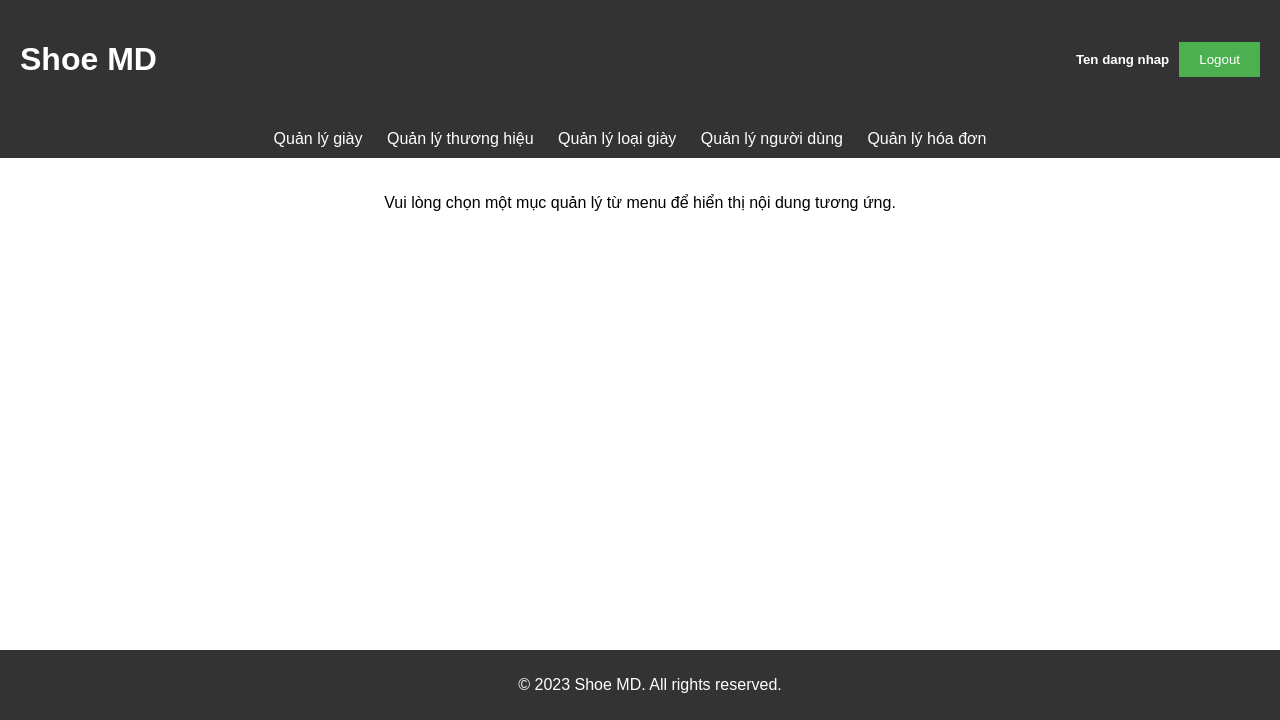
Repository: longsoisuaxe1a/shoe-md
Page: http://localhost/Project_Shoe/WEB-INF/view/admin-home-manager.jsp
An editor plug-in stored every save of this project. The page is shown before and after the next save, followed by the edit.
The browser window is 1280 px wide. The pictures show the whole page.
The page is served by Tomcat 9. Nobody is signed in. The template is opened directly, without the code that normally fills it, so the values that code supplies are empty.

Above is the page before, as saved 2023-12-20 14:43:13.

After the next save:
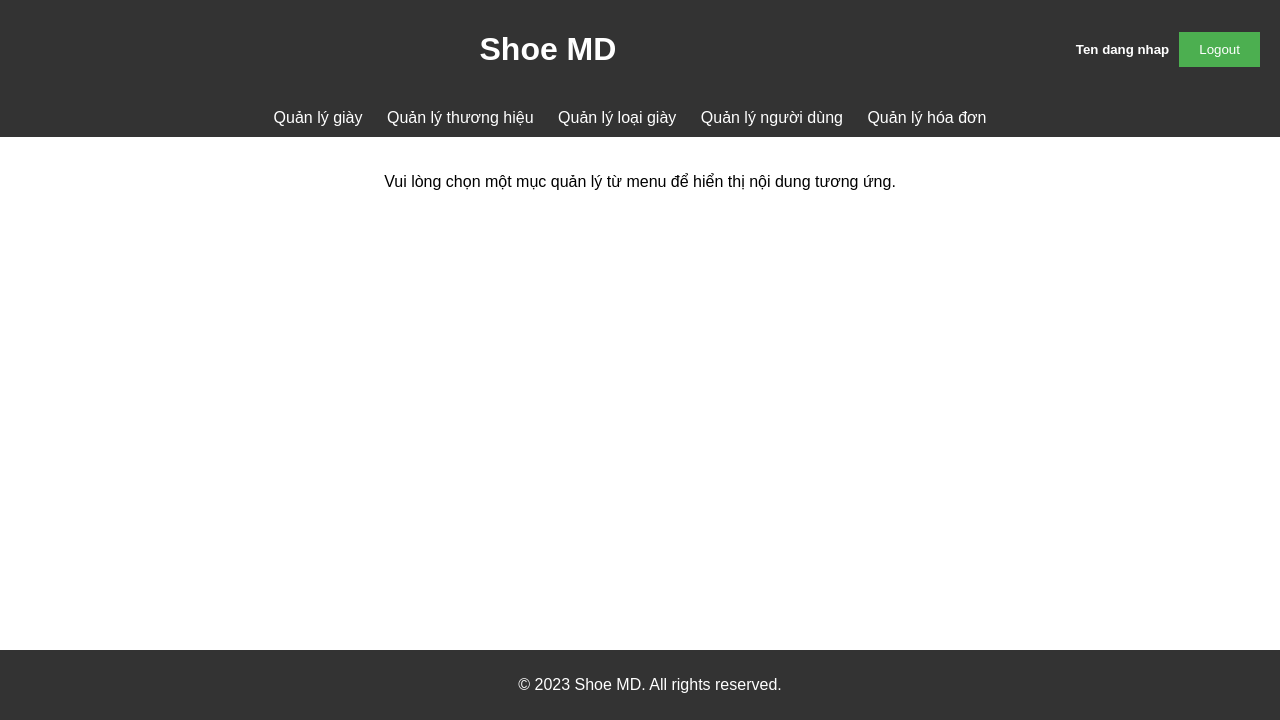
Saved 74 s later.
--- a/Project_Shoe/src/main/webapp/WEB-INF/view/admin-home-manager.jsp
+++ b/Project_Shoe/src/main/webapp/WEB-INF/view/admin-home-manager.jsp
@@ -65,7 +65,6 @@ body {
     align-items: center;
 }
 
-
 .tenDangNhap {
     display: flex;
     align-items: center;
@@ -86,6 +85,11 @@ button {
 
 button:hover {
     background-color: #45a049;
+}
+
+/* Center the text in the header */
+.header h1 {
+    margin: 0 auto; /* Set margin auto to center the text */
 }
 </style>
 <script>
